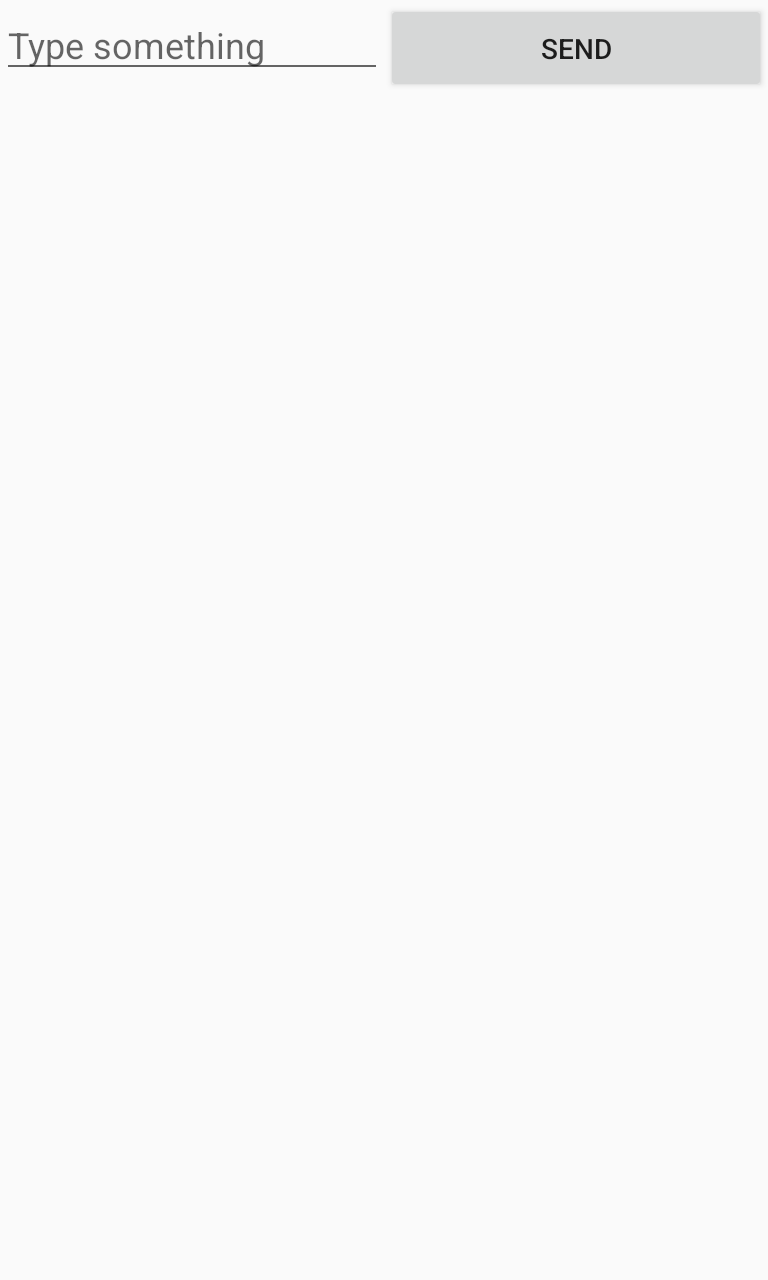
Repository: guyuzhilian/Programs
Layout: Android/UILayoutTest/res/layout/activity_main.xml
These files come from the project's save history. The layout is drawn as it stood at one moment and after the next save; the edit follows.
It is drawn on a 768 x 1280 px phone screen (xhdpi) without system bars, with theme AppTheme; the app's code is not run.

Above is the layout before, as saved 2015-06-25 08:30:47.

After the next save:
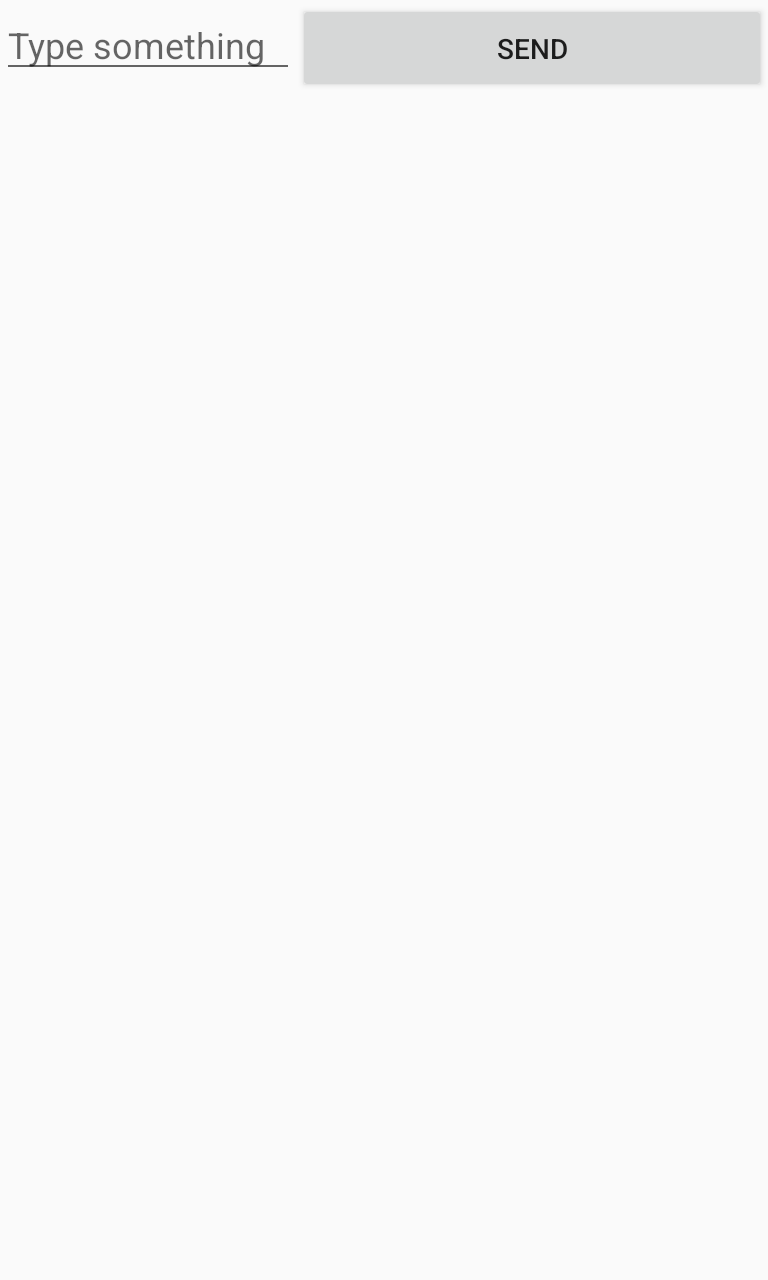
Saved 34 s later.
--- a/Android/UILayoutTest/res/layout/activity_main.xml
+++ b/Android/UILayoutTest/res/layout/activity_main.xml
@@ -13,7 +13,7 @@
 
     <Button
         android:id="@+id/send"
-        android:layout_width="0dp"
+        android:layout_width="wrap_content"
         android:layout_height="wrap_content"
         android:layout_weight="1"
         android:text="Send"
